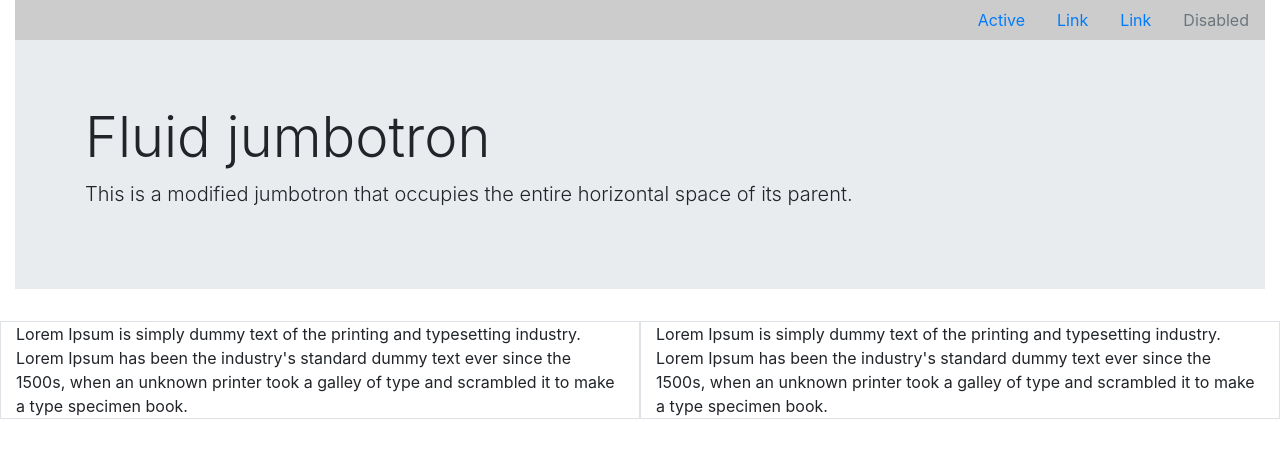
Repository: Green-Technologies-Angular/HTML
Page: index.html
The author's editor kept a copy of each file at every save. The page is drawn from the files as they stood at one save, then again after the next save.
The browser window is 1280 px wide. The pictures show the whole page.

Above is the page before, as saved 2019-01-31 10:05:41.

### index.html
<!DOCTYPE html>
<html>

<head>
    <title>Title of the document</title>
    <link rel="stylesheet" href="css/bootstrap.css">
    <link rel="stylesheet" href="css/index.css">
    <style>
        .border {
            border: 1px solid #ccc;
        }
        .bg-nav{
            background: green;
        }
    </style>
    <script>
        localStorage.setItem("name", "tamilsdfsdfsdfsdfmani");
        console.log(localStorage.getItem('name'));
    </script>
</head>

<body>
    <div class="container-fluid">
        <ul class="nav justify-content-end bg-nav" style="background: #ccc;">
            <li class="nav-item">
                <a class="nav-link active" href="#">Active</a>
            </li>
            <li class="nav-item">
                <a class="nav-link" href="#">Link</a>
            </li>
            <li class="nav-item">
                <a class="nav-link" href="#">Link</a>
            </li>
            <li class="nav-item">
                <a class="nav-link disabled" href="#" tabindex="-1" aria-disabled="true">Disabled</a>
            </li>
        </ul>
        <div class="jumbotron jumbotron-fluid">
            <div class="container">
                <h1 class="display-4">Fluid jumbotron</h1>
                <p class="lead">This is a modified jumbotron that occupies the entire horizontal space of its parent.</p>
            </div>
        </div>
        <div class="row">
            <div class="col-xl-6 col-lg-6 col-md-6 col-sm-6 border">
                Lorem Ipsum is simply dummy text of the printing and typesetting industry. Lorem Ipsum has been the
                industry's standard dummy text ever since the 1500s, when an unknown printer took a galley of type and
                scrambled it to make a type specimen book.
            </div>
            <div class="col-xl-6 col-lg-6 col-md-6 col-sm-6 border">
                Lorem Ipsum is simply dummy text of the printing and typesetting industry. Lorem Ipsum has been the
                industry's standard dummy text ever since the 1500s, when an unknown printer took a galley of type and
                scrambled it to make a type specimen book.
            </div>
        </div>
    </div>
    <script src="script/jquery.js"></script>
    <script src="script/popper.js"></script>
    <script src="script/bootstrap.js"></script>
</body>

</html>

### css/index.css
.bg-nav{
    background: red;
}

Loaded but not shown: css/bootstrap.css (library); script/jquery.js (library); script/popper.js (library); script/bootstrap.js (library)

After the next save:
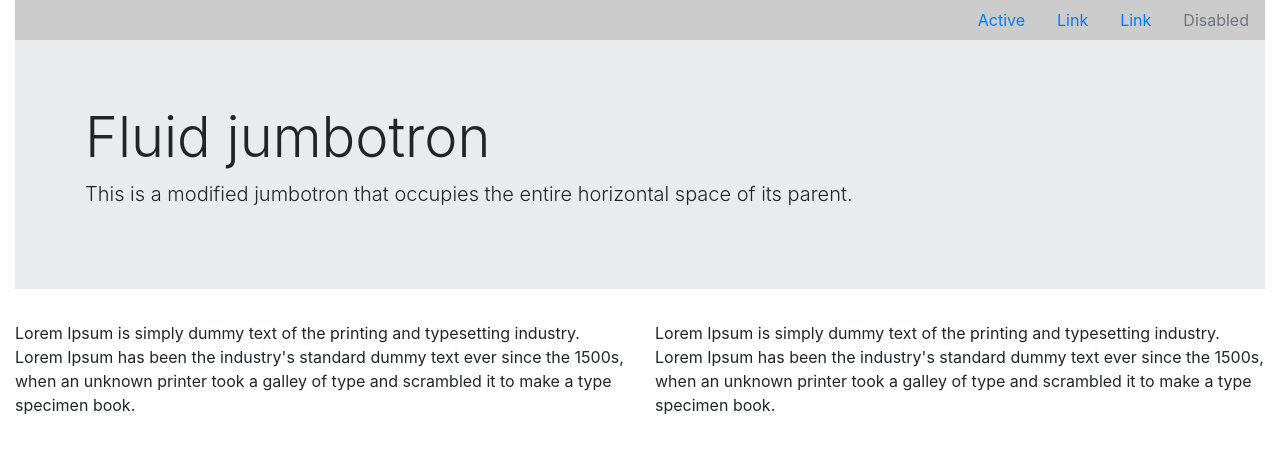
Saved 42 s later.
--- a/index.html
+++ b/index.html
@@ -42,12 +42,12 @@
             </div>
         </div>
         <div class="row">
-            <div class="col-xl-6 col-lg-6 col-md-6 col-sm-6 border">
+            <div class="col-xl-6 col-lg-6 col-md-6 col-sm-6">
                 Lorem Ipsum is simply dummy text of the printing and typesetting industry. Lorem Ipsum has been the
                 industry's standard dummy text ever since the 1500s, when an unknown printer took a galley of type and
                 scrambled it to make a type specimen book.
             </div>
-            <div class="col-xl-6 col-lg-6 col-md-6 col-sm-6 border">
+            <div class="col-xl-6 col-lg-6 col-md-6 col-sm-6">
                 Lorem Ipsum is simply dummy text of the printing and typesetting industry. Lorem Ipsum has been the
                 industry's standard dummy text ever since the 1500s, when an unknown printer took a galley of type and
                 scrambled it to make a type specimen book.
